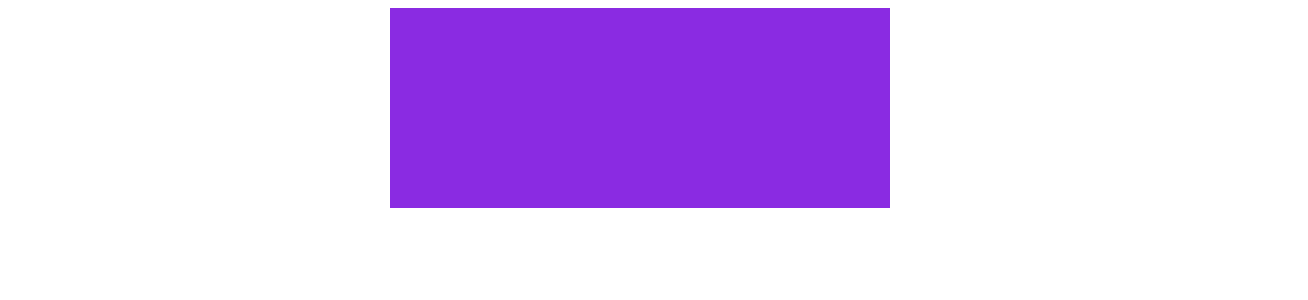
Repository: rrqrw/-
Page: http://localhost/noll_project/mid/mid2.jsp
These files come from the project's save history. The page is drawn as it stood at one moment and after the next save; the edit follows.
The browser window is 1280 px wide. The page is 1280 px wide, then 1308 px, so the pictures cover 1308 px, including what lies to the right of the window. The pictures show the whole page.
The page is served by Tomcat 9.

Above is the page before, as saved 2023-12-06 07:23:18.

After the next save:
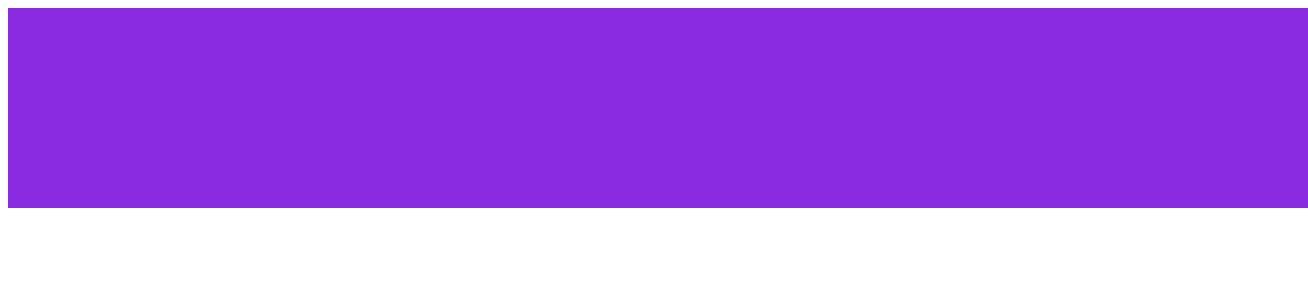
Saved 24 s later.
--- a/noll_project/src/main/webapp/resources/css/style2.css
+++ b/noll_project/src/main/webapp/resources/css/style2.css
@@ -2,7 +2,7 @@
 
 .post{
 	margin: 0 auto;
-	width: 500px;
+	width: 1300px;
 	height: 100px;
 	background-color: blueviolet;
 }
